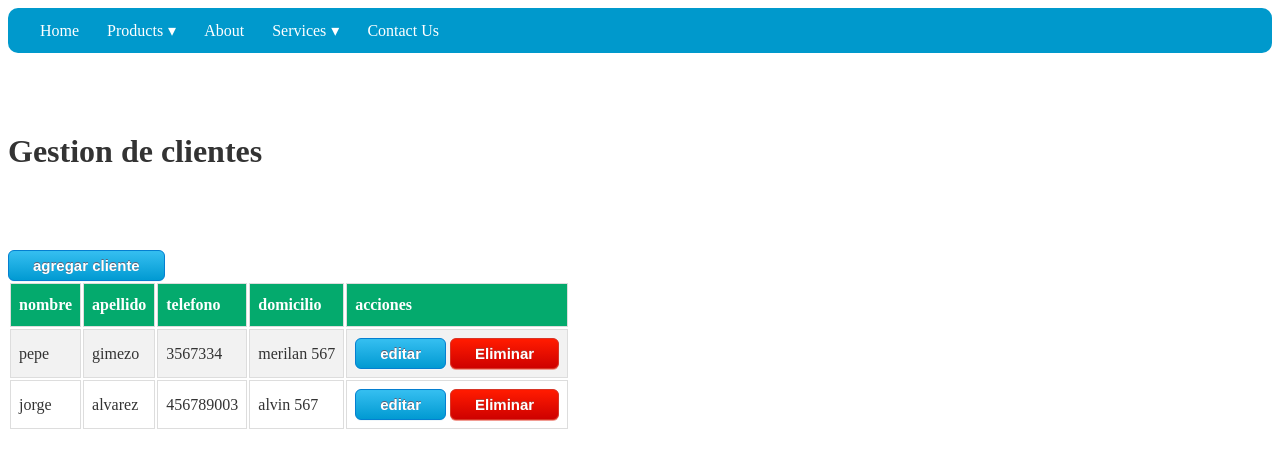
Repository: geraldine-ventura/Practicando.net
Page: index 2.html
The author's editor kept a copy of each file at every save. The page is drawn from the files as they stood at one save, then again after the next save.
The browser window is 1280 px wide. The pictures show the whole page.

Above is the page before, as saved 2022-12-20 14:03:01.

After the next save:
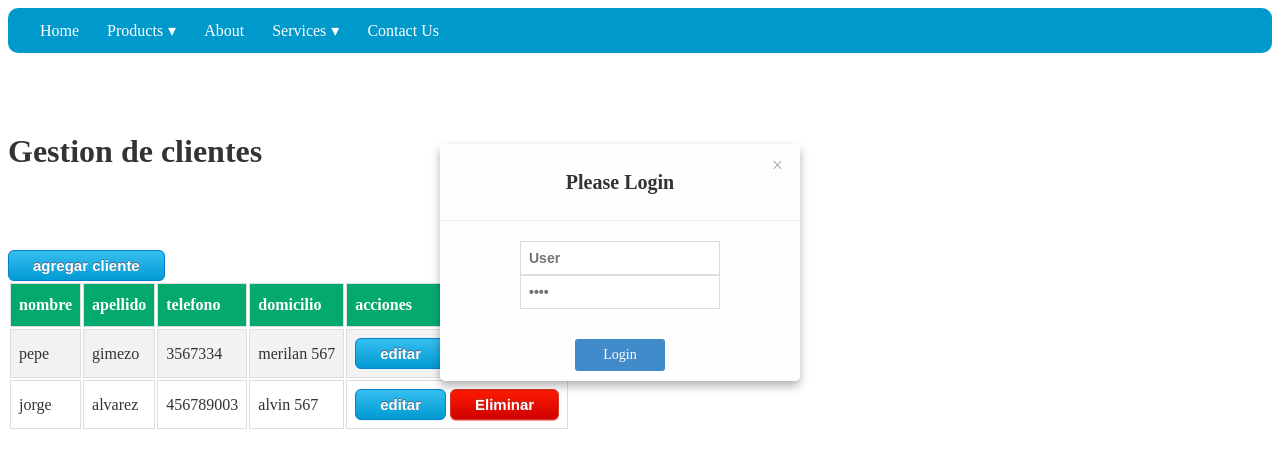
Saved 33 s later.
--- a/index 2.html
+++ b/index 2.html
@@ -65,7 +65,7 @@
 </table>
 <br/>
 <!-- Modal -->
-<div id="modal" class="modale" aria-hidden="true">
+<div id="modal" class="opened" aria-hidden="true">
     <div class="modal-dialog">
       <div class="modal-header">
         <h2>Please Login</h2>

After the save that followed:
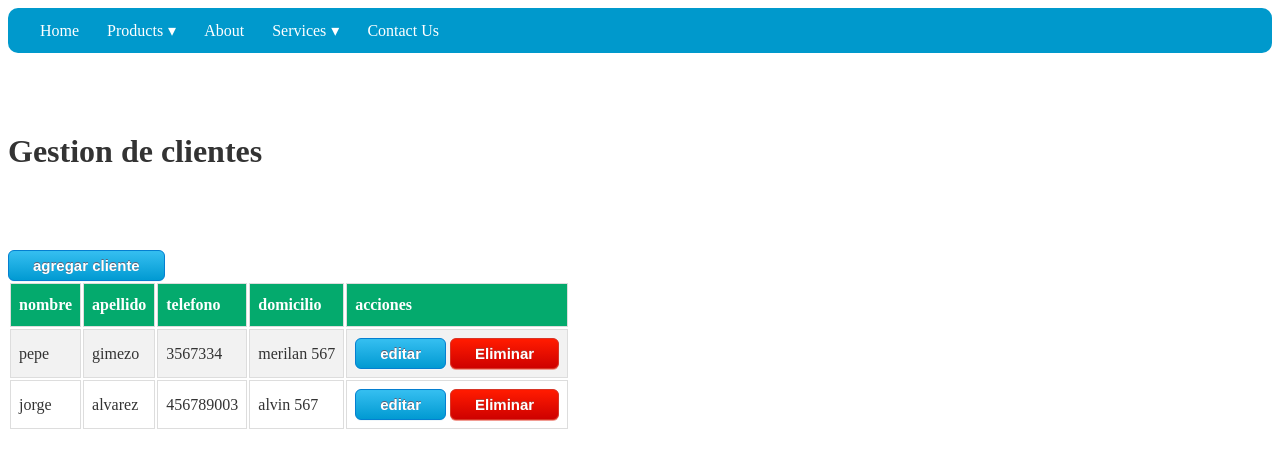
Saved 23 s later.
--- a/index 2.html
+++ b/index 2.html
@@ -65,7 +65,7 @@
 </table>
 <br/>
 <!-- Modal -->
-<div id="modal" class="opened" aria-hidden="true">
+<div id="modal" class="modale" aria-hidden="true">
     <div class="modal-dialog">
       <div class="modal-header">
         <h2>Please Login</h2>
